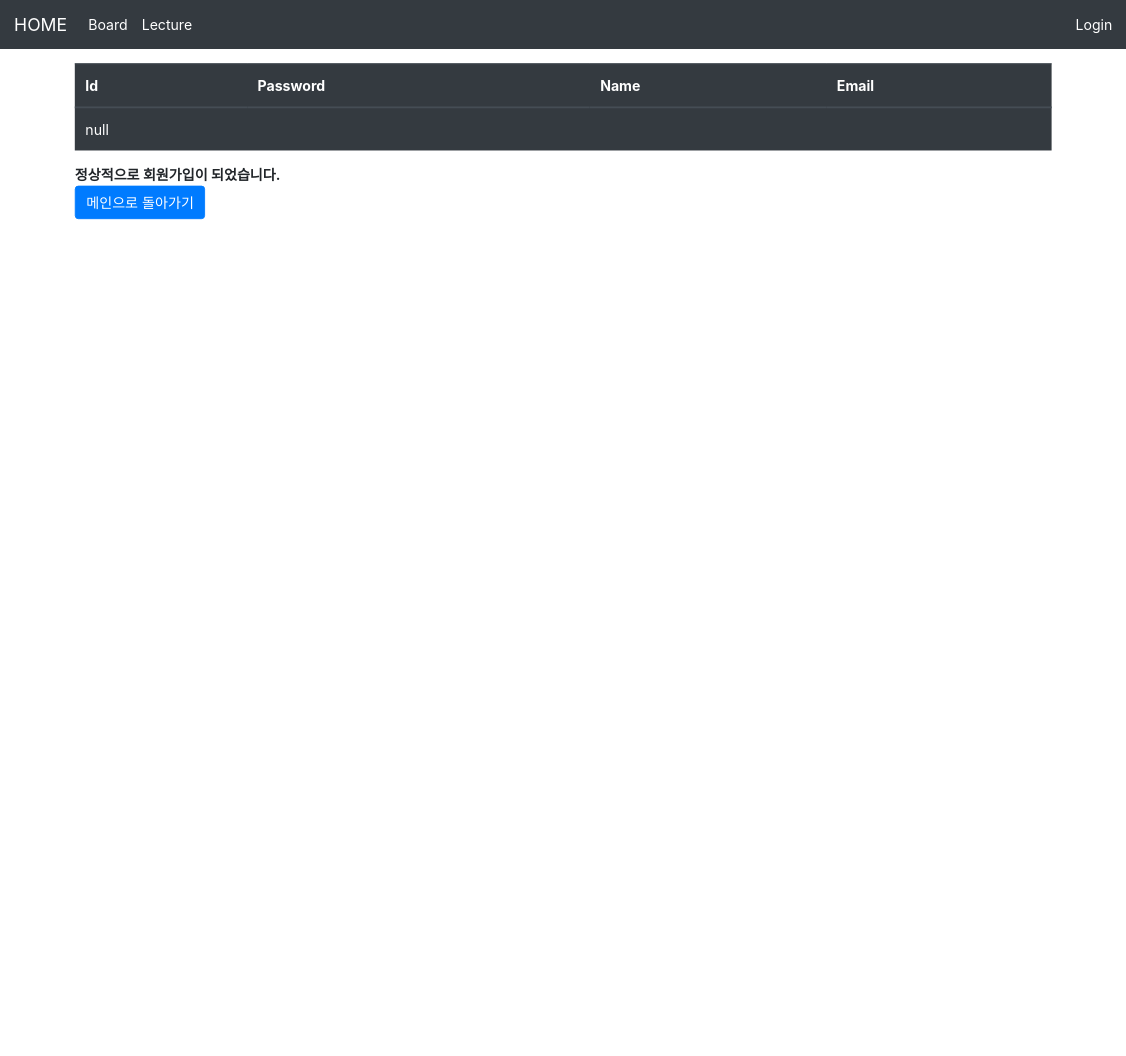
Repository: jeongeun-cloud/spring-study
Page: http://localhost/Session/registerAction.jsp
These files come from the project's save history. The page is drawn as it stood at one moment and after the next save; the edit follows.
The browser window is 1280 px wide. The pictures show the whole page, at 88% of full size.
The page is served by Tomcat 9. Other server files are loaded and not shown. Queries for data that is not in the repository find no rows.

Above is the page before, as saved 2020-06-04 11:39:10.

### jsp_work/Session/WebContent/registerAction.jsp
<%@page import="jdbc.User"%>
<%@page import="jdbc.UserDao"%>
<%@ page language="java" contentType="text/html; charset=UTF-8"
    pageEncoding="UTF-8"%>


<!DOCTYPE html PUBLIC "-//W3C//DTD HTML 4.01 Transitional//EN" "http://www.w3.org/TR/html4/loose.dtd">
<html>
<head>
<meta http-equiv="Content-Type" content="text/html; charset=UTF-8">
<title>Insert title here</title>
</head>
<body>
	<jsp:useBean id="user" class="jdbc.User" scope="request" />
	<jsp:setProperty name="user" property="*"/>

	<%
		UserDao dao = UserDao.getInstance();
		dao.insertUser(user);
	%>

	<jsp:forward page="userInfo.jsp" />


</body>
</html>

### jsp_work/Session/WebContent/userInfo.jsp
<%@ page language="java" contentType="text/html; charset=UTF-8"
    pageEncoding="UTF-8"%>
<!DOCTYPE html PUBLIC "-//W3C//DTD HTML 4.01 Transitional//EN" "http://www.w3.org/TR/html4/loose.dtd">
<html>
<head>
<meta http-equiv="Content-Type" content="text/html; charset=UTF-8">
<title>Insert title here</title>
<link href="//maxcdn.bootstrapcdn.com/bootstrap/4.0.0/css/bootstrap.min.css" rel="stylesheet" id="bootstrap-css">
<style>
	.container{
		width:80%;
	}
</style>
</head>
<body>
	<!-- 헤더 임포트 -->
	<jsp:include page="include/header.jsp" flush="false"/>
	<!-- 자바 빈 임포트 -->
	<jsp:useBean id="user" class="jdbc.User" />
	<jsp:setProperty name="user" property="*"/>

	<div class="container">
		<table class="table table-hover table-dark">
		  <thead>
		    <tr>
		      <th scope="col">Id</th>
		      <th scope="col">Password</th>
		      <th scope="col">Name</th>
		      <th scope="col">Email</th>
		    </tr>
		  </thead>
		  <tbody>
		    <tr>
		      <!-- <th scope="row">1</th> -->
		      <td><%=user.getId() %></td>
		      <td>${param.pwd}</td>
		      <td>${param.name}</td>
		      <td>${param.email}</td>
		    </tr>
		  </tbody>
		</table>

		<b> 정상적으로 회원가입이 되었습니다. </b> <br>
		<button class="btn btn-primary" onclick="location.href='/Session/index.jsp'"> 메인으로 돌아가기 </button>
	</div>

</body>
</html>

### jsp_work/Session/WebContent/include/header.jsp
<%@ page language="java" contentType="text/html; charset=UTF-8"
    pageEncoding="UTF-8"%>

<%
	// 세션으로 확인 할 때
	String id = (String)session.getAttribute("id");

	// 세션(id)가 비어 있으면
	String logChk = id==null? "Login" : "Logout" ;
	String src = id==null? "/Session/loginForm.jsp" : "/Session/logout.jsp";
 	String show = id==null? "" : "none";

%>

<!doctype html>
<html lang="en">
  <head>

    <!-- Bootstrap and CSS -->
	<link rel="stylesheet" href="https://stackpath.bootstrapcdn.com/bootstrap/4.5.0/css/bootstrap.min.css">

    <style>
    /* Show it is fixed to the top */
	body {
	  min-height: 75rem;
	  padding-top: 4.5rem;
	}

	.navbar-brand {
		background-color: unset;
		box-shadow: none;
	}

      .bd-placeholder-img {
        font-size: 1.125rem;
        text-anchor: middle;
        -webkit-user-select: none;
        -moz-user-select: none;
        -ms-user-select: none;
        user-select: none;
      }

      @media (min-width: 768px) {
        .bd-placeholder-img-lg {
          font-size: 3.5rem;
        }
      }

      a, a:hover{
      	color:#fff;
      	text-decoration: none;
      }

      #sign-up{
      	margin-left:10px;
      }

    </style>

  </head>
  <body>
    <nav class="navbar navbar-expand-md navbar-dark fixed-top bg-dark">
	  <a class="navbar-brand" href="/Session/index.jsp">HOME</a>
	  <button class="navbar-toggler" type="button" data-toggle="collapse" data-target="#navbarCollapse" aria-controls="navbarCollapse" aria-expanded="false" aria-label="Toggle navigation">
	    <span class="navbar-toggler-icon"></span>
	  </button>
	  <div class="collapse navbar-collapse" id="navbarCollapse">
	    <ul class="navbar-nav mr-auto">
	      <li class="nav-item">
	        <a class="nav-link active" href="/Session/board.jsp">Board</a>
	      </li>
	      <li class="nav-item active">
	        <a class="nav-link" href="/Session/lecture.jsp">Lecture</a>
	      </li>
	    </ul>
	    <a class="nav-login" href="<%=src %>"><%=logChk %></a>
	    <%-- <a class="nav-login" id="sign-up" style="display:<%=show %>;" href="/Session/signupForm.jsp">Sign Up</a> --%>
	  </div>
	</nav>
   </body>

</html>

### jsp_work/Session/src/jdbc/User.java
package jdbc;

import java.sql.Timestamp;

public class User implements java.io.Serializable {
	String id, pwd, name, email;
	Timestamp inDate, upDate;

	public User() {
		// TODO Auto-generated constructor stub
	}

	public String getId() {
		return id;
	}

	public void setId(String id) {
		this.id = id;
	}

	public String getPwd() {
		return pwd;
	}

	public void setPwd(String pwd) {
		this.pwd = pwd;
	}

	public String getName() {
		return name;
	}

	public void setName(String name) {
		this.name = name;
	}

	public String getEmail() {
		return email;
	}

	public void setEmail(String email) {
		this.email = email;
	}

	public Timestamp getInDate() {
		return inDate;
	}

	public void setInDate(Timestamp inDate) {
		this.inDate = inDate;
	}

	public Timestamp getUpDate() {
		return upDate;
	}

	public void setUpDate(Timestamp upDate) {
		this.upDate = upDate;
	}

	public User(String id) {
		this.id = id;
	}


	public User(String id, String pwd, String name, String email) {
		this.id = id;
		this.pwd = pwd;
		this.name = name;
		this.email = email;
	}

	public User(String id, String pwd, String name, String email, Timestamp inDate, Timestamp upDate) {
		this.id = id;
		this.pwd = pwd;
		this.name = name;
		this.email = email;
		this.inDate = inDate;
		this.upDate = upDate;
	}

	@Override
	public String toString() {
		return "User [id=" + id + ", pwd=" + pwd + ", name=" + name + ", email=" + email + ", inDate=" + inDate
				+ ", upDate=" + upDate + "]";
	}

}

### jsp_work/Session/src/jdbc/UserDao.java
package jdbc;

import java.sql.Connection;
import java.sql.DriverManager;
import java.sql.PreparedStatement;
import java.sql.ResultSet;
import java.sql.SQLException;
import java.sql.Timestamp;
import java.util.ArrayList;
import java.util.List;


class Dao {
	Connection conn;
	String tableName = "";

	Dao() {
		this(null, "");
	}

	Dao(String tableName) {
		this(null, tableName);
	}

	Dao(Connection conn, String tableName) {
		this.tableName = tableName;
		this.conn = conn;

		if(conn==null) {
			this.conn = JdbcUtil.getConnection();
		}
	}

	void rollback(){
		if(conn!=null) {
			try {
				conn.rollback();
			} catch(SQLException e){
				e.printStackTrace();
			}
		}
	}

	void close(AutoCloseable... acs) {
		try {
			for(AutoCloseable ac : acs) {
				if(ac!=null) ac.close();
			}
		} catch(Exception e) {}
	}

} // Dao 끝

public class UserDao extends Dao {

	Connection conn = JdbcUtil.getConnection();
	PreparedStatement pstmt = null;
	ResultSet rs = null;

	UserDao() {
		super(null, "USER_INFO");
	}

	UserDao(Connection conn) {
		super(conn, "USER_INFO");
	}

	private static UserDao instance; // 참조변수는 지정해주지 않을 경우 null로 초기화 됨
	public static UserDao getInstance() {
		if(instance == null) {
			instance = new UserDao();
		}
		return instance;
	}

	public int insertUser(User u) {
		//  insertUser()메서드를 작성하시오.(PreparedStatement)
		int result = 0;
		String sql = "insert into "+ tableName +" values(?,?,?,?,?,?)";

		try {
			pstmt = conn.prepareStatement(sql);
			pstmt.setString(1, u.getId());
			pstmt.setString(2, u.getPwd());
			pstmt.setString(3, u.getName());
			pstmt.setString(4, u.getEmail());
			pstmt.setTimestamp(5, new Timestamp(System.currentTimeMillis()));
			pstmt.setTimestamp(6, new Timestamp(System.currentTimeMillis()));

			result = pstmt.executeUpdate();

		} catch (Exception e) {
			e.printStackTrace();
		}finally {
			close(pstmt);
		}
		return result;
	}

	public int updateUser(User u) {
		//updateUser()메서드를 작성하시오.(PreparedStatement)
		int result = 0;
		String sql = "update user_info set password=?, name=?, email=?, up_date=? where user_id=?";

		try {
			pstmt = conn.prepareStatement(sql);
			pstmt.setString(1, u.getPwd());
			pstmt.setString(2, u.getName());
			pstmt.setString(3, u.getEmail());
			pstmt.setTimestamp(4, new Timestamp(System.currentTimeMillis()));
			pstmt.setString(5, u.getId());

			result = pstmt.executeUpdate();

		} catch (Exception e) {
			e.printStackTrace();
		}finally {
			close(pstmt);
		}

		return result;
	}

	public User selectUser(String userId) {
		User user = null;

		String sql = "select * from "+ tableName +" where USER_ID=?";
		try {

			pstmt = conn.prepareStatement(sql);
			pstmt.setString(1, userId);

			rs = pstmt.executeQuery();

			while(rs.next()) {
				String id = rs.getString("USER_ID");
				String pwd = rs.getString("PASSWORD");
				String name = rs.getString("NAME");
				String email = rs.getString("EMAIL");
				Timestamp inDate = rs.getTimestamp("IN_DATE");
				Timestamp upDate = rs.getTimestamp("UP_DATE");

				user = new User(id, pwd, name, email, inDate, upDate);
			}

		} catch (Exception e) {
			e.printStackTrace();
		}finally {
			close(rs, pstmt);
		}

		return user;
	}

	public int deleteUser(String userId) {
		// deleteUser메서드를 작성하시오.
		int result = 0;
		String sql = "delete from " + tableName + " where USER_ID=?";

		try {
			pstmt = conn.prepareStatement(sql);
			pstmt.setString(1, userId);

			result = pstmt.executeUpdate();

		} catch (Exception e) {
			e.printStackTrace();
		}finally {
			close(pstmt);
		}

		return result;
	}

	public int deleteAll() {
		int result = 0;
		String sql = "delete from " + tableName;

		try {
			pstmt = conn.prepareStatement(sql);
			result = pstmt.executeUpdate();

		} catch (Exception e) {
			e.printStackTrace();
		}finally {
			close(pstmt);
		}

		return result;
	}

	public List<User> selectAllUsers() {
		List<User> list = new ArrayList<User>();

		String sql = "SELECT * FROM " + tableName;
		try {
			pstmt = conn.prepareStatement(sql);
			rs = pstmt.executeQuery();

			while (rs.next()) {
				User user = new User();
				user.setId(rs.getString("USER_ID"));
				user.setPwd(rs.getString("PASSWORD"));
				user.setName(rs.getString("NAME"));
				user.setEmail(rs.getString("EMAIL"));
				user.setInDate(rs.getTimestamp("IN_DATE"));
				user.setUpDate(rs.getTimestamp("UP_DATE"));

				list.add(user);
			}

		} catch ( Exception e ) {
			e.printStackTrace();
		} finally {
			close(rs, pstmt);
		}

		return list;
	}
}

### jsp_work/Session/src/jdbc/JdbcUtil.java
package jdbc;

import java.sql.Connection;
import java.sql.DriverManager;

public class JdbcUtil {

	public static Connection getConnection() {
		Connection conn = null;

		String DB_URL = "jdbc:oracle:thin:@127.0.0.1:1521:XE";
		String DB_USER = "student";
		String DB_PASSWORD = "1234";
		try {
			Class.forName("oracle.jdbc.driver.OracleDriver");
			conn = DriverManager.getConnection(DB_URL, DB_USER, DB_PASSWORD);
			System.out.println("연결 성공");

		} catch (Exception e) {
			e.printStackTrace();
		}

		return conn;
	}

}

After the next save:
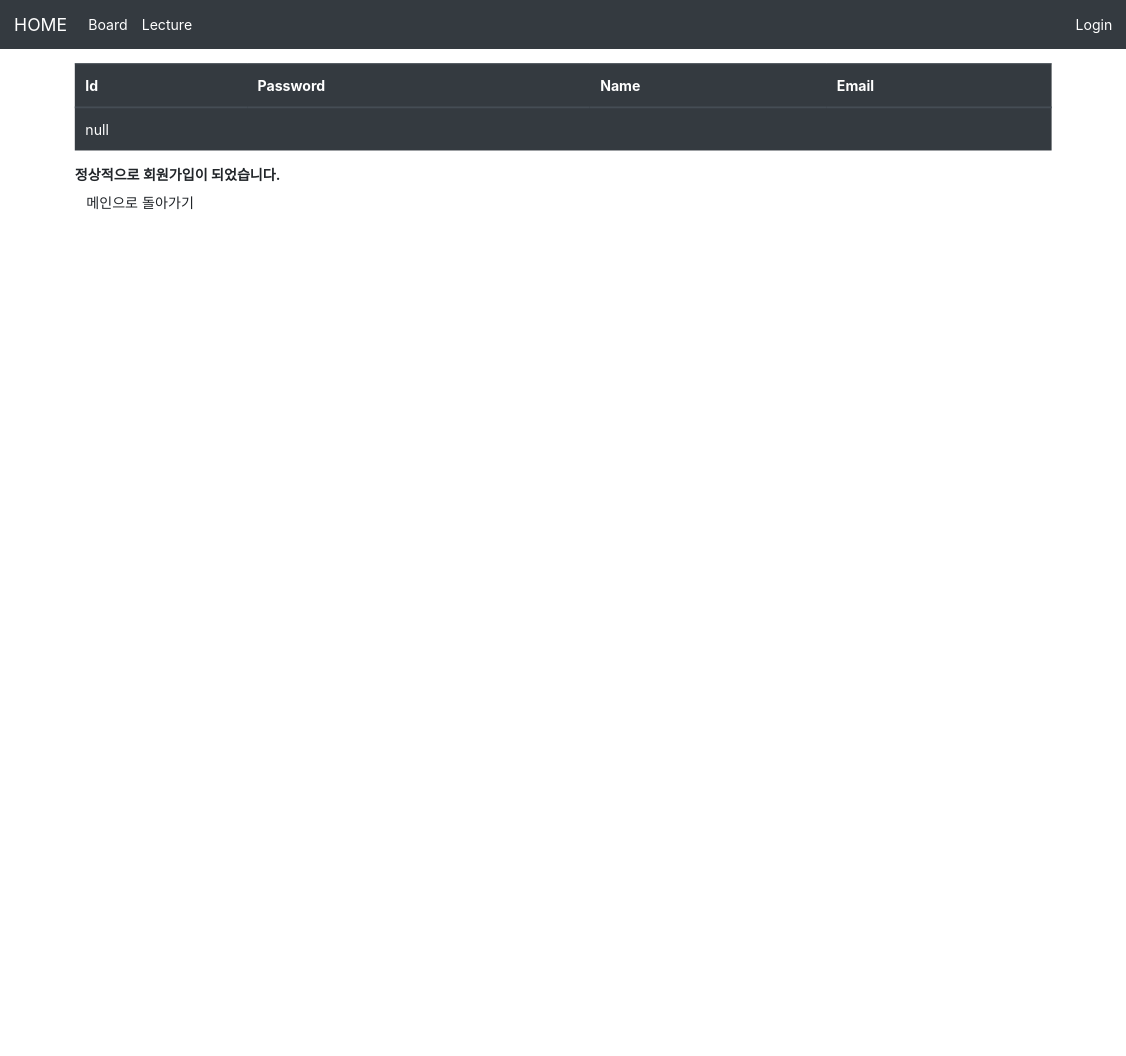
Saved 106 s later.
--- a/jsp_work/Session/WebContent/userInfo.jsp
+++ b/jsp_work/Session/WebContent/userInfo.jsp
@@ -41,7 +41,7 @@
 		</table>
 
 		<b> 정상적으로 회원가입이 되었습니다. </b> <br>
-		<button class="btn btn-primary" onclick="location.href='/Session/index.jsp'"> 메인으로 돌아가기 </button>
+		<button class="btn btn-default" onclick="location.href='/Session/index.jsp'"> 메인으로 돌아가기 </button>
 	</div>
 
 </body>
